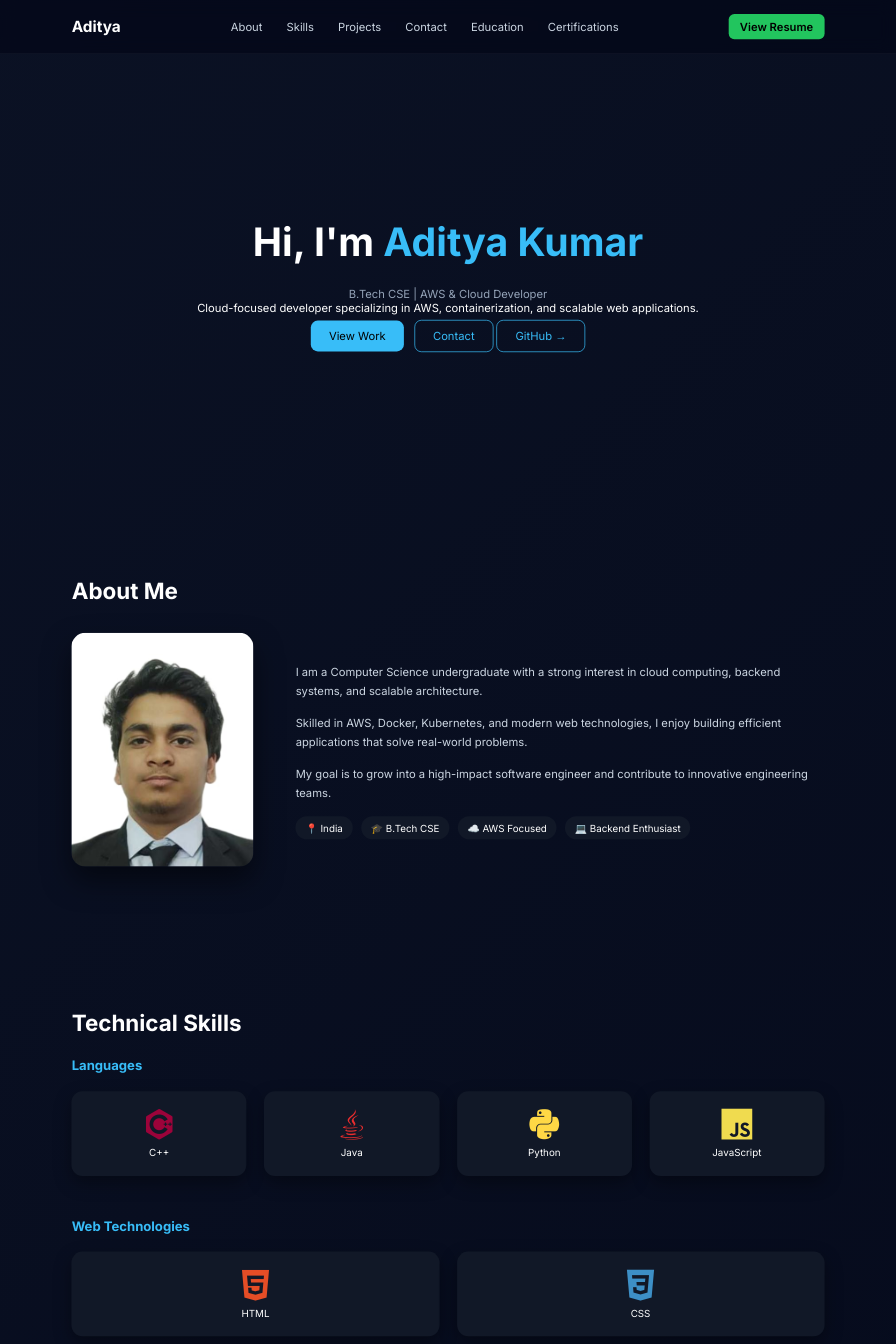
Repository: Aditya2419/My-Portfolio
Page: index.html
An editor plug-in stored every save of this project. The page is shown before and after the next save, followed by the edit.
The browser window is 1280 px wide. The pictures show the part of the page from y = 0 to 1920 px (the page is 5754 px tall), at 70% of full size.

Above is the page before, as saved 2026-02-18 23:45:11.
Console error: TypeError: Cannot set properties of null (setting 'textContent')

After the next save:
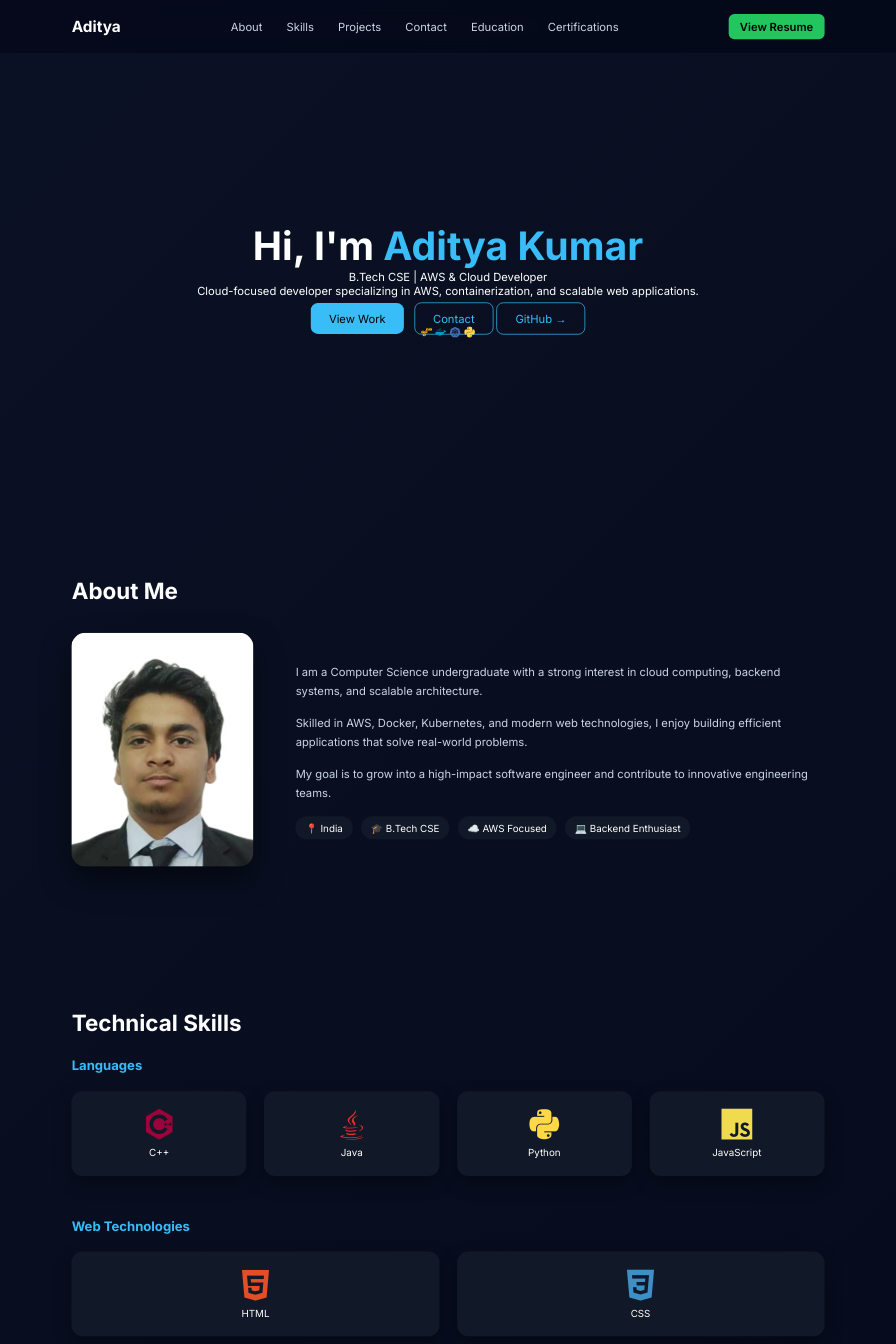
Saved 2 min 26 s later.
--- a/index.html
+++ b/index.html
@@ -37,29 +37,37 @@
 <!-- HERO -->
 <section class="hero">
 
-    <h1>Hi, I'm <span>Aditya Kumar</span></h1>
-
-    <h2 id="typing"></h2>
-    <p class="hero-tagline">
-    B.Tech CSE | AWS & Cloud Developer
-    </p>
-
-    <p>
-        Cloud-focused developer specializing in AWS, containerization,
-        and scalable web applications.
-    </p>
-
-    <div class="hero-buttons">
-        <a class="primary" href="#projects">View Work</a>
-        <a class="secondary" href="#contact">Contact</a>
-        <a class="secondary" href="https://github.com/Aditya2419" target="_blank">
-            GitHub →
-            </a>
-
-    </div>
-
-</section>
-
+    <div class="hero-container">
+
+        <div class="hero-text">
+            <h1>Hi, I'm <span>Aditya Kumar</span></h1>
+
+            <p class="hero-role">
+                B.Tech CSE | AWS & Cloud Developer
+            </p>
+
+            <p class="hero-desc">
+                Cloud-focused developer specializing in AWS, containerization, and scalable web applications.
+            </p>
+
+            <div class="hero-buttons">
+                <a href="#projects" class="primary">View Work</a>
+                <a href="#contact" class="secondary">Contact</a>
+                <a href="https://github.com/YOURUSERNAME" class="secondary">GitHub →</a>
+            </div>
+
+        </div>
+
+        <div class="hero-visual">
+            <i class="devicon-amazonwebservices-original colored"></i>
+            <i class="devicon-docker-plain colored"></i>
+            <i class="devicon-kubernetes-plain colored"></i>
+            <i class="devicon-python-plain colored"></i>
+        </div>
+
+    </div>
+
+    </section>
 
 <!-- ABOUT -->
 <section id="about" class="about">
